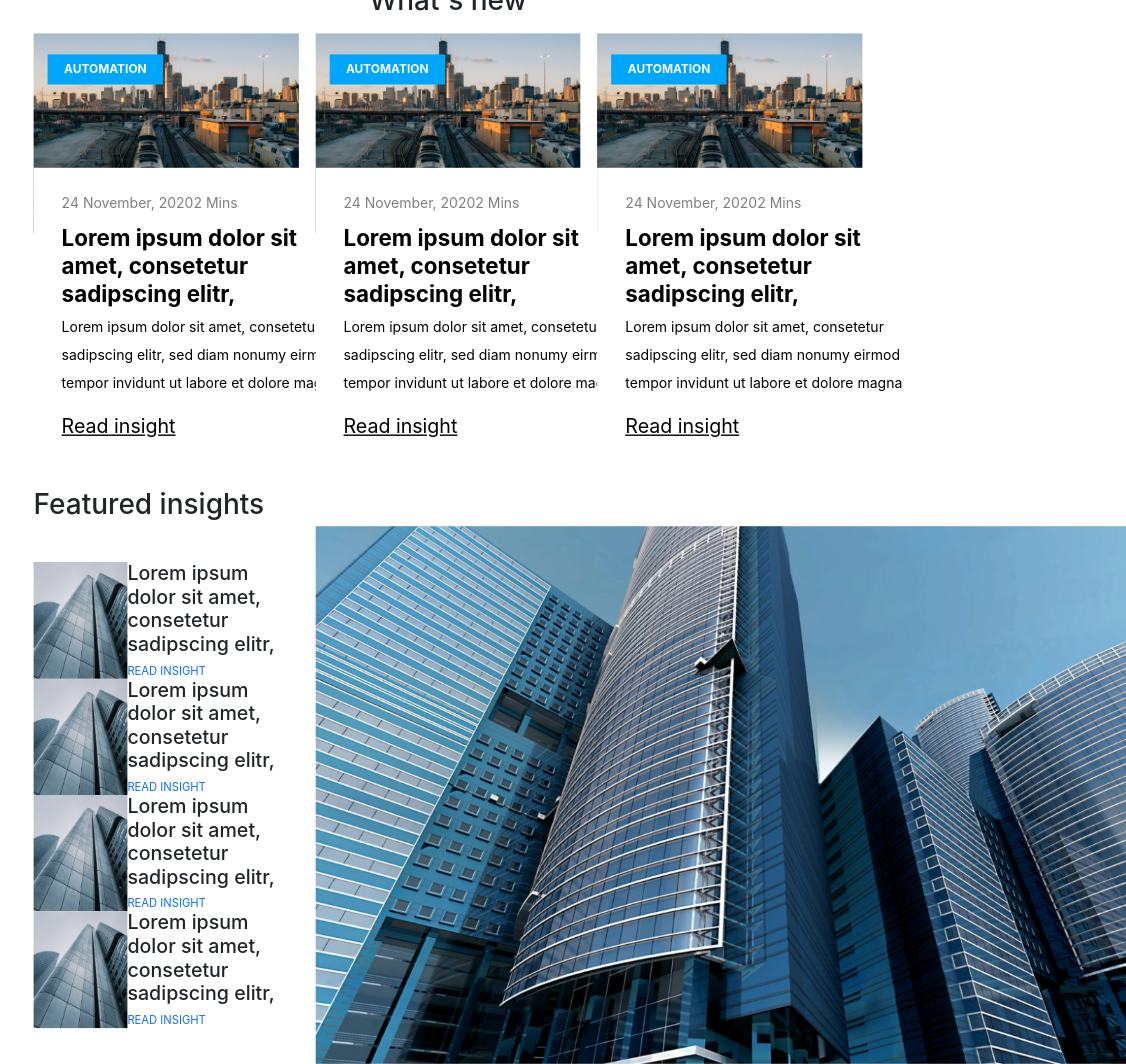
Repository: arif286/Business-webpage
Page: /
These files come from the project's save history. The page is drawn as it stood at one moment and after the next save; the edit follows.
The browser window is 1280 px wide. The page is 1609 px wide, so the pictures cover 1609 px, including what lies to the right of the window. The pictures show the part of the page from y = 1324 to 2844 px (the page is 2844 px tall), at 70% of full size.
The project was rebuilt for these pictures with package versions that can differ from the ones it lists, and the page was loaded fresh each time. Also part of the build but not shown: src/components/MainHeader/MainHeader.css, src/components/NotFound/NotFound.js.

Above is the page before, as saved 2021-05-27 16:30:31.

After the next save:
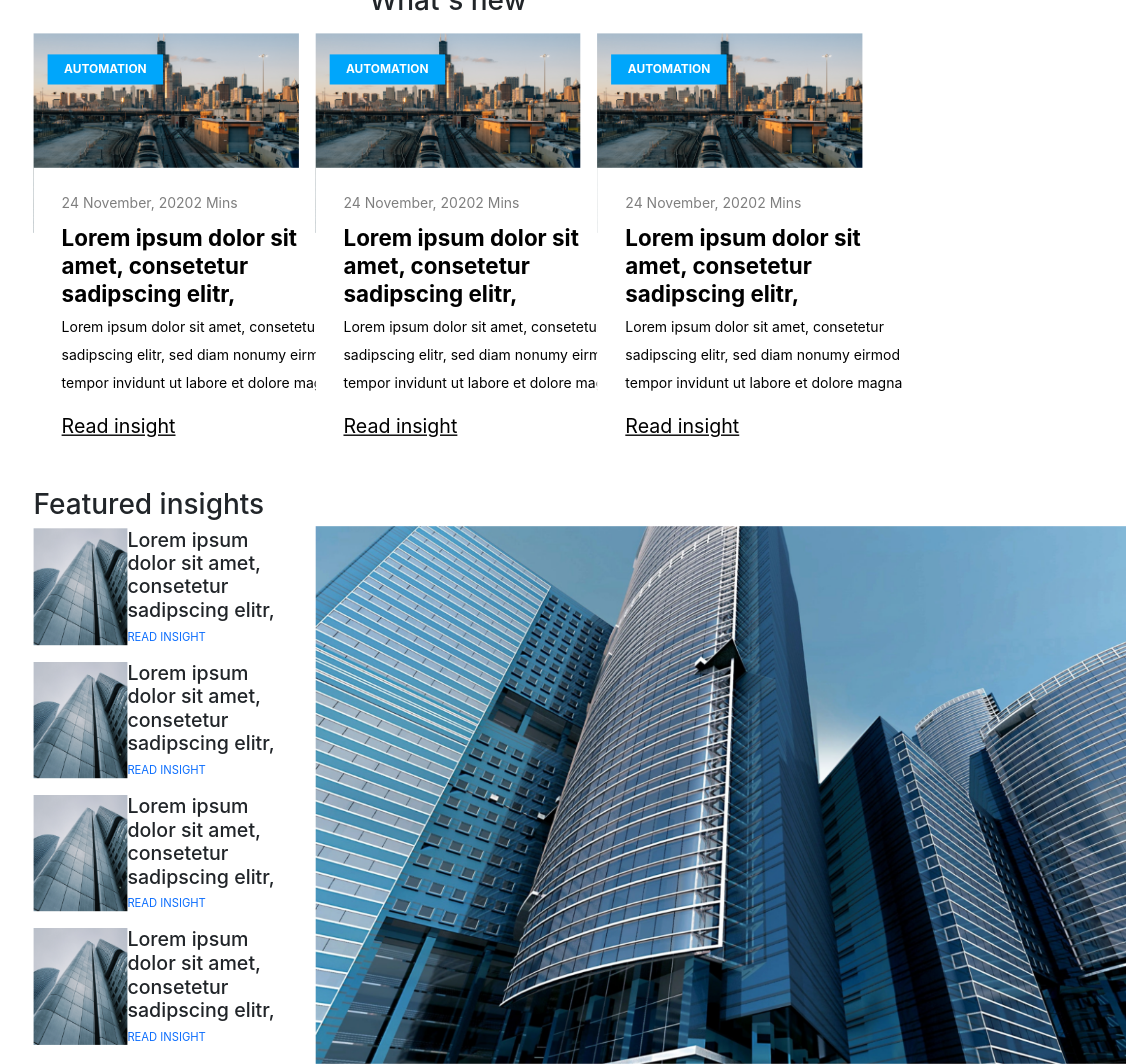
Saved 25 s later.
--- a/src/components/Featured/FeaturedColumn.js
+++ b/src/components/Featured/FeaturedColumn.js
@@ -4,7 +4,7 @@
     console.log(card);
   return (
     <>
-      <div className="single-featured-box d-flex">
+      <div className="single-featured-box d-flex pb-4">
         <img src={card.image} alt="" />
         <div className="featured-box-content">
           <h3>{card.text}</h3>
